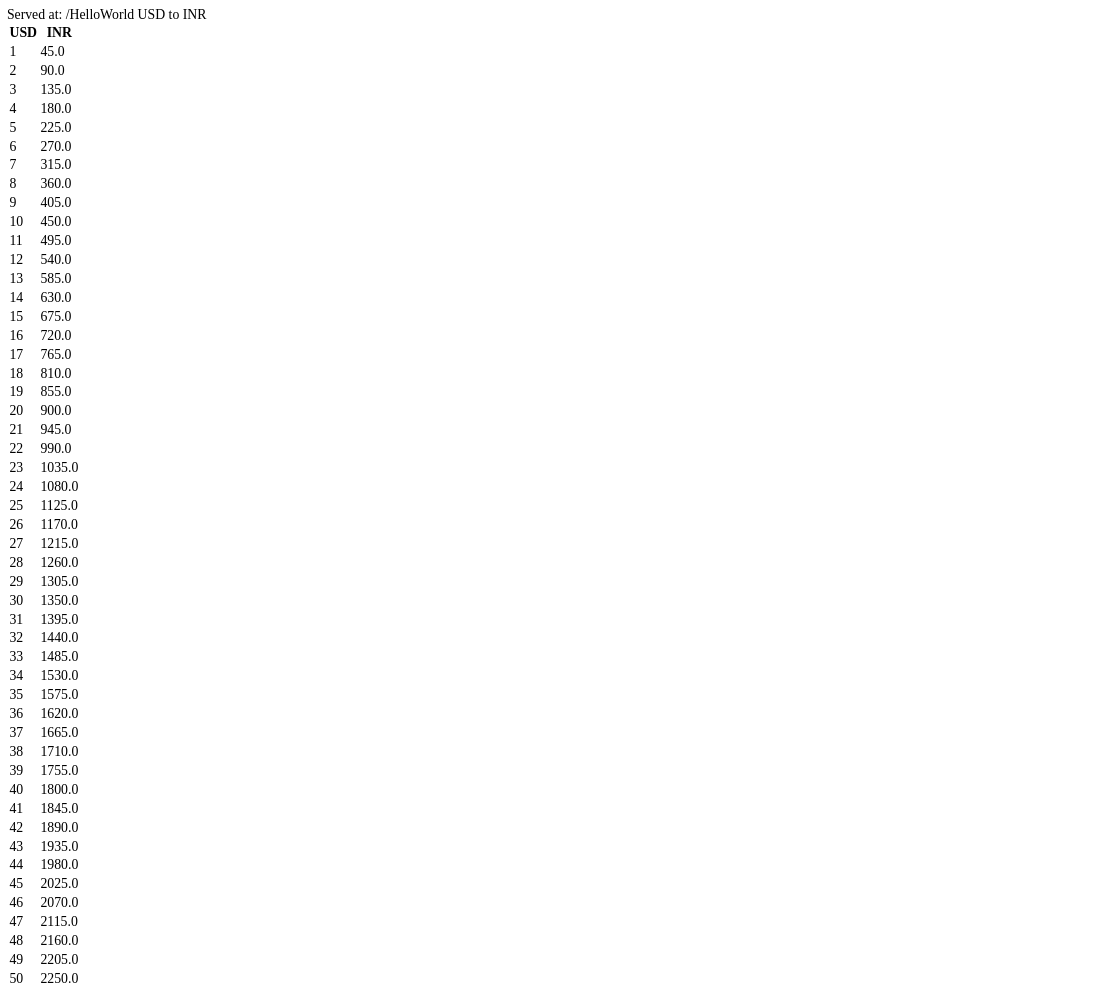
Repository: ajlazy/Day10
Page: http://localhost/HelloWorld/CurrencyConverterServlet
The author's editor kept a copy of each file at every save. The page is drawn from the files as they stood at one save, then again after the next save.
The browser window is 1280 px wide. The pictures show the whole page, at 86% of full size.
The page is served by Tomcat 9.

Above is the page before, as saved 2018-09-06 04:42:22.

After the next save:
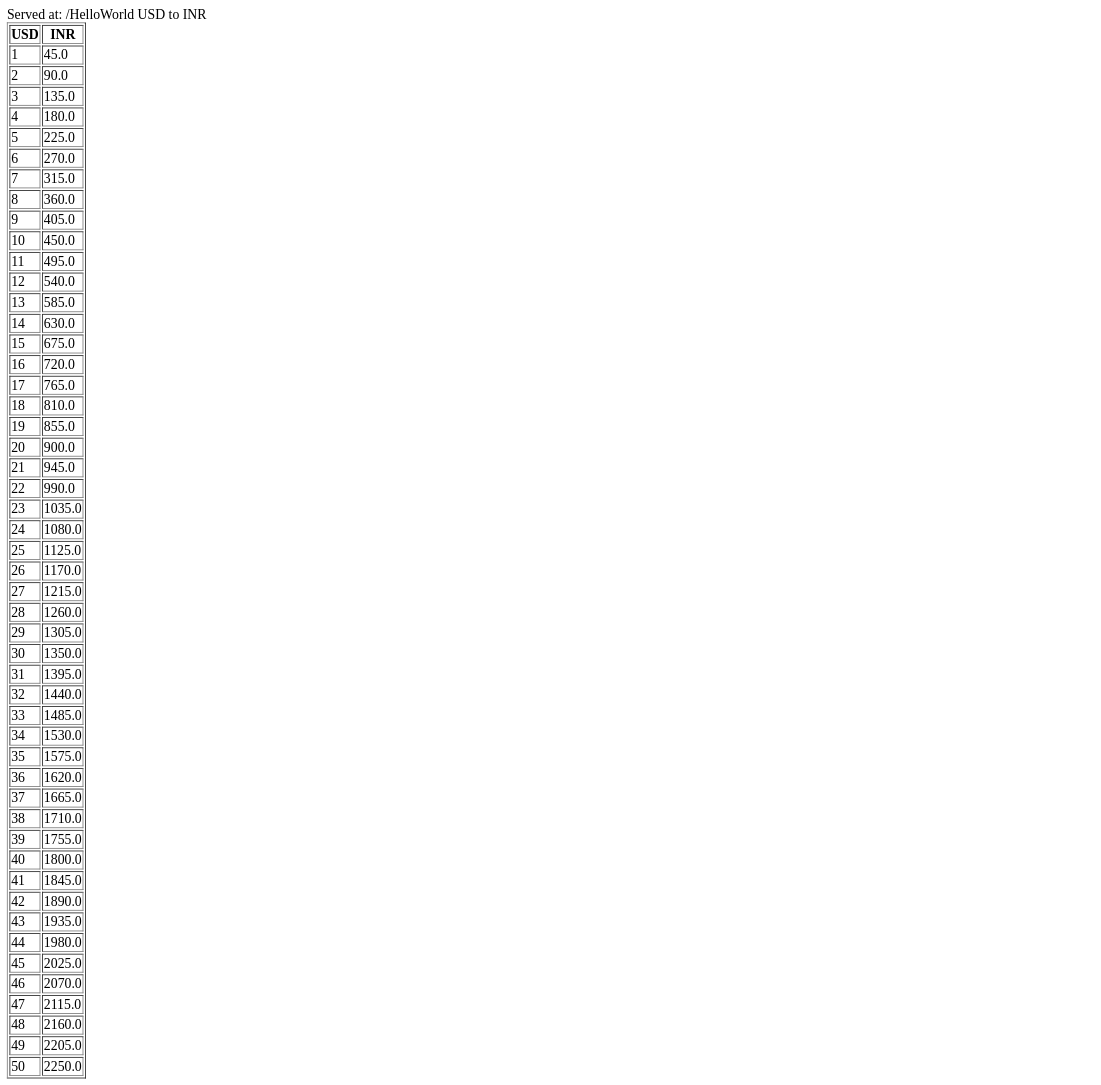
Saved 67 s later.
--- a/HelloWorld/src/com/capgemini/controller/CurrencyConverterServlet.java
+++ b/HelloWorld/src/com/capgemini/controller/CurrencyConverterServlet.java
@@ -33,7 +33,7 @@ public class CurrencyConverterServlet extends HttpServlet {
 		response.setContentType("text/html");
 		PrintWriter writer=response.getWriter();
         writer.println(" USD to INR");
-        writer.println("<table border: 1px solid black><tr><th>USD</th><th>INR</th></tr>");
+        writer.println("<table border='1'><tr><th>USD</th><th>INR</th></tr>");
         for(int i=1;i<=50;i++)
         {
         	inr=45*i;
